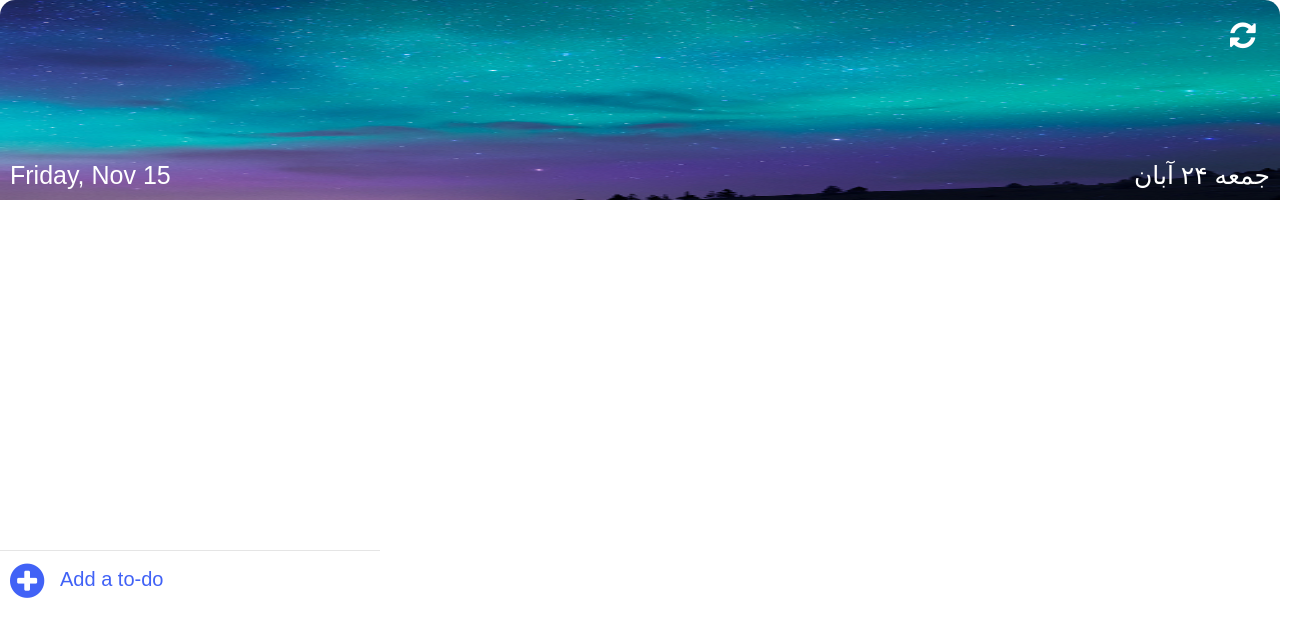
Repository: abouzarSoleymani/todo-js
Page: index.html
The author's editor kept a copy of each file at every save. The page is drawn from the files as they stood at one save, then again after the next save.
The browser window is 1280 px wide. The page is 1280 px wide, then 1300 px, so the pictures cover 1300 px, including what lies to the right of the window. The pictures show the whole page.

Above is the page before, as saved 2019-11-15 13:52:24.

After the next save:
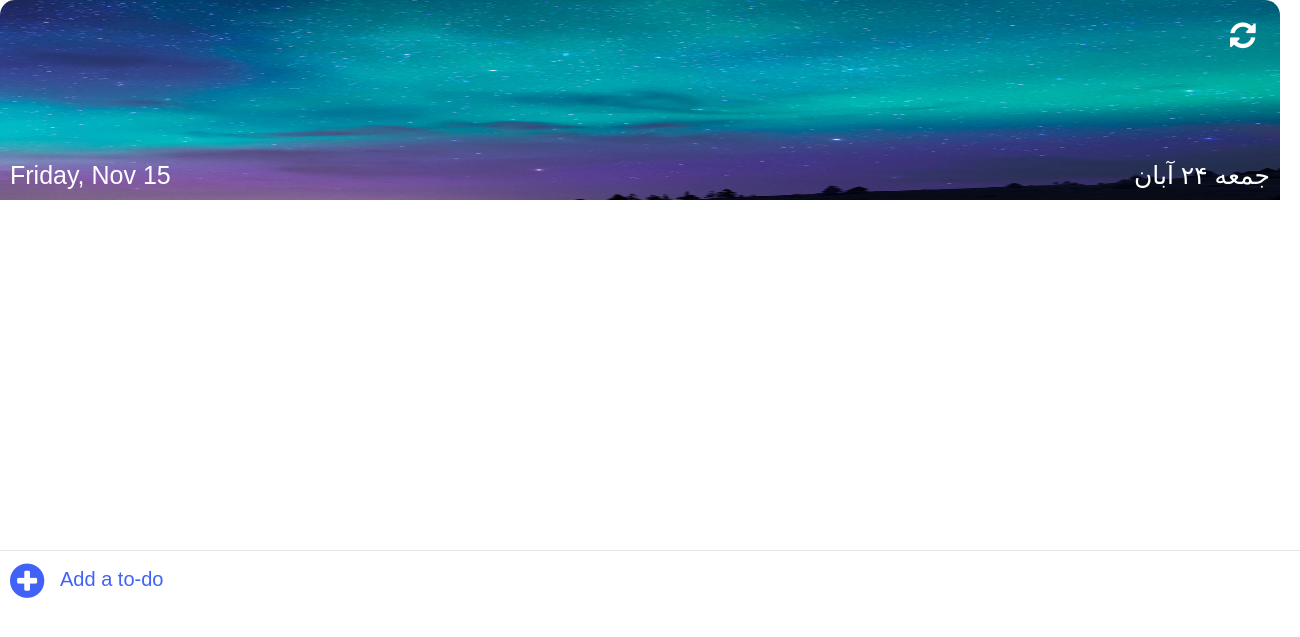
Saved 22 s later.
--- a/css/style.css
+++ b/css/style.css
@@ -122,7 +122,7 @@ body{
 /* ------------ add item ------------ */
 .add-to-do{
     position: relative;
-    width: 360px;
+    width: 100%;
     height:40px;
     background-color: #FFF;
     padding: 10px;
